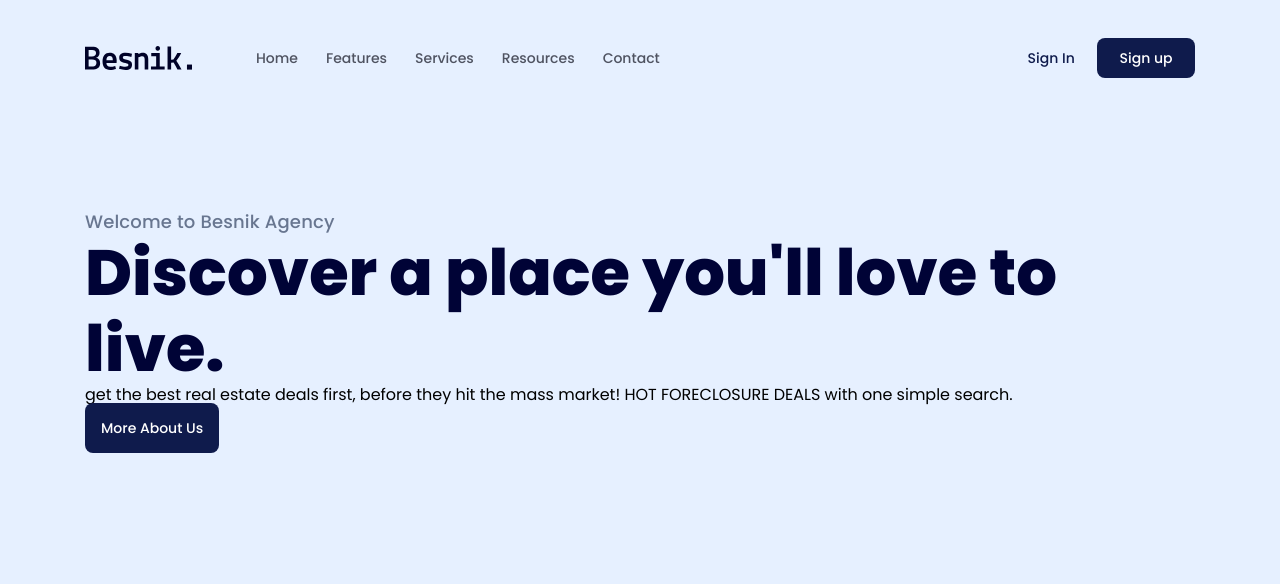
Repository: jessicapaa/F8-Project-01
Page: index.html
An editor plug-in stored every save of this project. The page is shown before and after the next save, followed by the edit.
The browser window is 1280 px wide. The pictures show the whole page.

Above is the page before, as saved 2024-03-08 07:23:29.

After the next save:
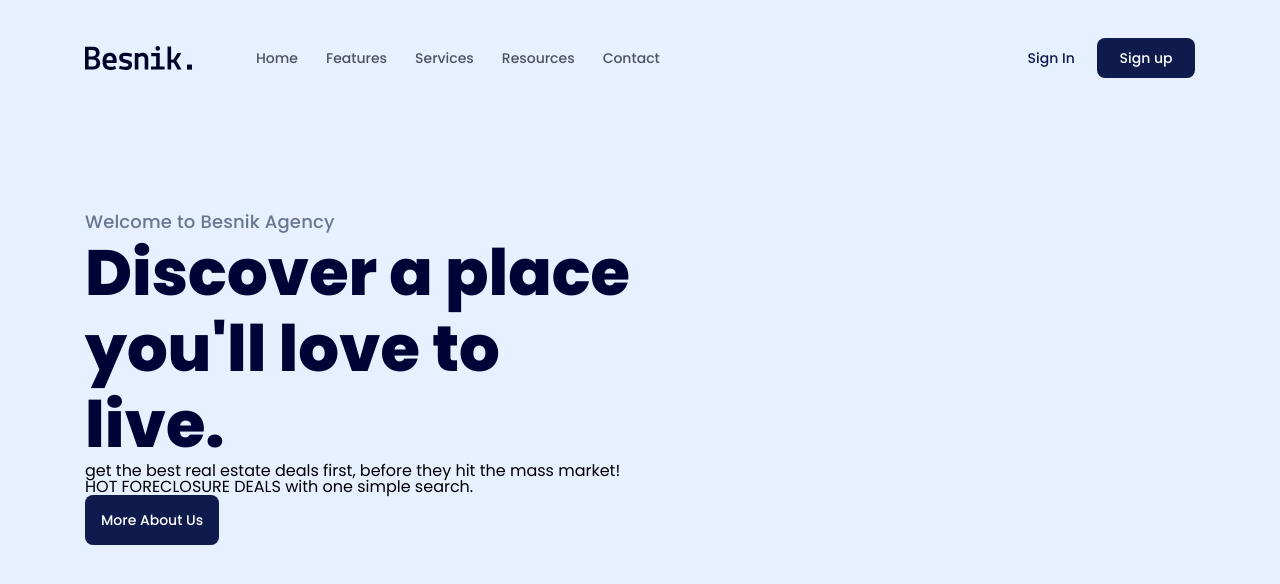
Saved 4 s later.
--- a/assets/css/styles.css
+++ b/assets/css/styles.css
@@ -81,6 +81,7 @@
 /* css hero */
 
 .hero {
+    width: 51%;
     margin-top: 130px;
 }
 
